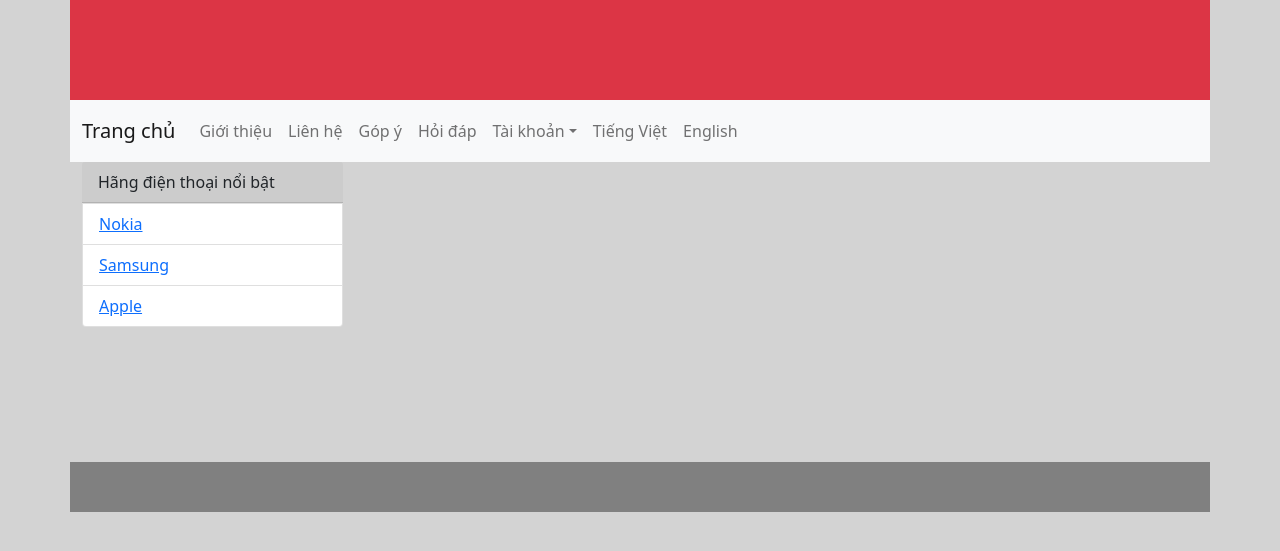
Repository: minhtu5502/fontendFamework
Page: day1 copy/demotab.html
These files come from the project's save history. The page is drawn as it stood at one moment and after a run of saves; the edit follows.
The browser window is 1280 px wide. The pictures show the whole page.

Above is the page before, as saved 2022-01-11 14:29:34.

After the next 2 saves:
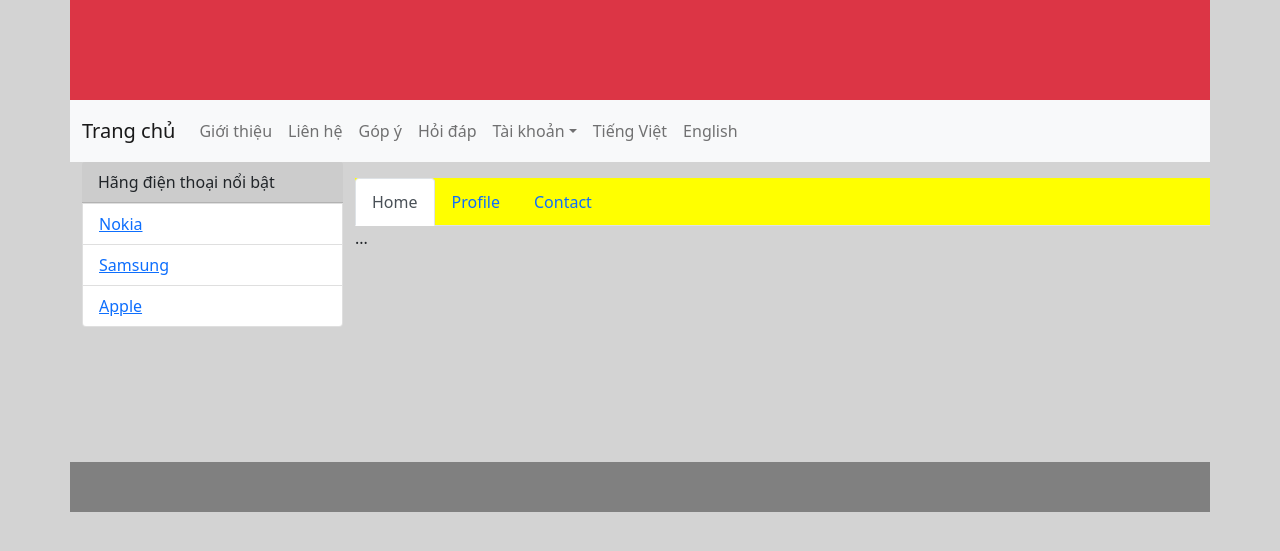
The 2 saves are shown as one change because they came seconds apart.
The last was saved 5 min 19 s later.
--- a/day1 copy/demotab.html
+++ b/day1 copy/demotab.html
@@ -87,7 +87,25 @@
                 </ul>
             </aside>
             <article class="col-12 col-md-9 p-0 pt-3">
-
+                <nav>
+                    <div class="nav nav-tabs" id="nav-tab" role="tablist">
+                        <button class="nav-link active" id="nav-home-tab" data-bs-toggle="tab"
+                            data-bs-target="#nav-home" type="button" role="tab" aria-controls="nav-home"
+                            aria-selected="true">Home</button>
+                        <button class="nav-link" id="nav-profile-tab" data-bs-toggle="tab" data-bs-target="#nav-profile"
+                            type="button" role="tab" aria-controls="nav-profile" aria-selected="false">Profile</button>
+                        <button class="nav-link" id="nav-contact-tab" data-bs-toggle="tab" data-bs-target="#nav-contact"
+                            type="button" role="tab" aria-controls="nav-contact" aria-selected="false">Contact</button>
+                    </div>
+                </nav>
+                <div class="tab-content" id="nav-tabContent">
+                    <div class="tab-pane fade show active" id="nav-home" role="tabpanel" aria-labelledby="nav-home-tab">
+                        ...</div>
+                    <div class="tab-pane fade" id="nav-profile" role="tabpanel" aria-labelledby="nav-profile-tab">...
+                    </div>
+                    <div class="tab-pane fade" id="nav-contact" role="tabpanel" aria-labelledby="nav-contact-tab">...
+                    </div>
+                </div>
             </article>
         </div>
         <footer class="row"></footer>
